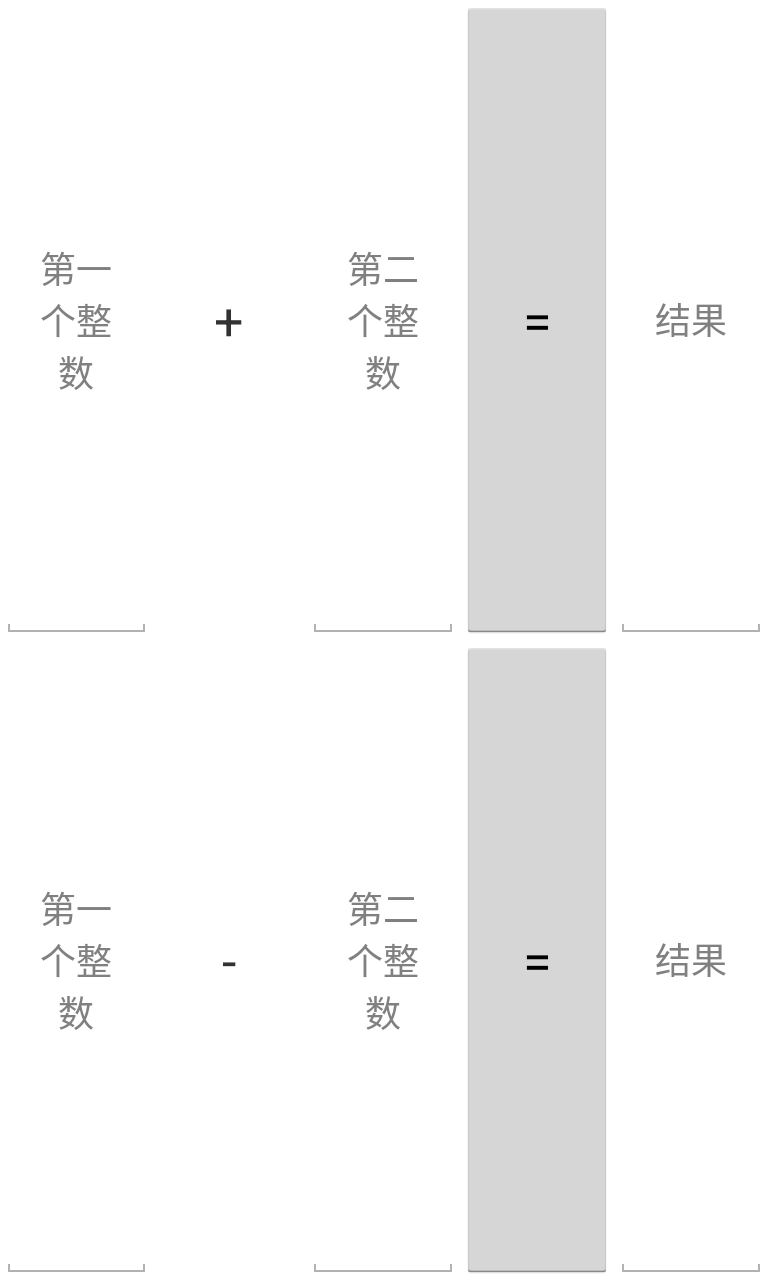
Repository: ouyangshengduo/Android_NDK_First
Layout: Android_NDK_Demo001/res/layout/activity_main.xml
An editor plug-in stored every save of this project. The layout is shown before and after a run of saves, followed by the edit.
It is drawn on a 768 x 1280 px phone screen (xhdpi) without system bars, with theme AppTheme; the app's code is not run.

Above is the layout before, as saved 2016-06-10 04:19:58.

### Android_NDK_Demo001/res/layout/activity_main.xml
<LinearLayout xmlns:android="http://schemas.android.com/apk/res/android"
    xmlns:tools="http://schemas.android.com/tools"
    android:layout_width="fill_parent"
    android:layout_height="fill_parent"
    android:orientation="vertical">

    <LinearLayout
        android:layout_height="0dp"
        android:layout_width="fill_parent"
        android:layout_weight="1"
        android:orientation="horizontal">

        <EditText
            android:id="@+id/etAdd_A"
            android:layout_width="0dp"
            android:layout_height="fill_parent"
            android:layout_weight="1"
            android:hint="第一个整数"
            android:gravity="center"
            />
        <TextView
            android:layout_height="fill_parent"
            android:layout_width="0dp"
            android:layout_weight="1"
            android:layout_gravity="center"
            android:gravity="center"
            android:text="+"
            android:textSize="26sp"/>

        <EditText
            android:id="@+id/etAdd_B"
            android:layout_width="0dp"
            android:layout_height="fill_parent"
            android:layout_weight="1"
            android:hint="第二个整数"
            android:gravity="center"
            />
        <Button
            android:id="@+id/btn_Add"
            android:layout_height="fill_parent"
            android:layout_width="0dp"
            android:layout_weight="1"
            android:gravity="center"
            android:text="="
            android:textSize="26sp"/>

        <EditText
            android:id="@+id/etAddResult"
            android:layout_width="0dp"
            android:layout_height="fill_parent"
            android:layout_weight="1"
            android:hint="结果"
            android:gravity="center"
            />
    </LinearLayout>

    <LinearLayout
        android:layout_height="0dp"
        android:layout_width="fill_parent"
        android:layout_weight="1"
        android:orientation="horizontal">

        <EditText
            android:id="@+id/etSub_A"
            android:layout_width="0dp"
            android:layout_height="fill_parent"
            android:layout_weight="1"
            android:hint="第一个整数"
            android:gravity="center"
            />
        <TextView
            android:layout_height="fill_parent"
            android:layout_width="0dp"
            android:layout_weight="1"
            android:layout_gravity="center"
            android:gravity="center"
            android:text="-"
            android:textSize="26sp"/>

        <EditText
            android:id="@+id/etSub_B"
            android:layout_width="0dp"
            android:layout_height="fill_parent"
            android:layout_weight="1"
            android:hint="第二个整数"
            android:gravity="center"
            />
        <Button
            android:id="@+id/btn_Sub"
            android:layout_height="fill_parent"
            android:layout_width="0dp"
            android:layout_weight="1"
            android:gravity="center"
            android:text="="
            android:textSize="26sp"/>

        <EditText
            android:id="@+id/etSubResult"
            android:layout_width="0dp"
            android:layout_height="fill_parent"
            android:layout_weight="1"
            android:hint="结果"
            android:gravity="center"
            />
    </LinearLayout>

</LinearLayout>

Loaded but not shown: Android_NDK_Demo001/res/values/styles.xml (common file); Android_NDK_Demo001/res/values-v11/styles.xml (common file); Android_NDK_Demo001/res/values-v14/styles.xml (common file)

After the next 2 saves:
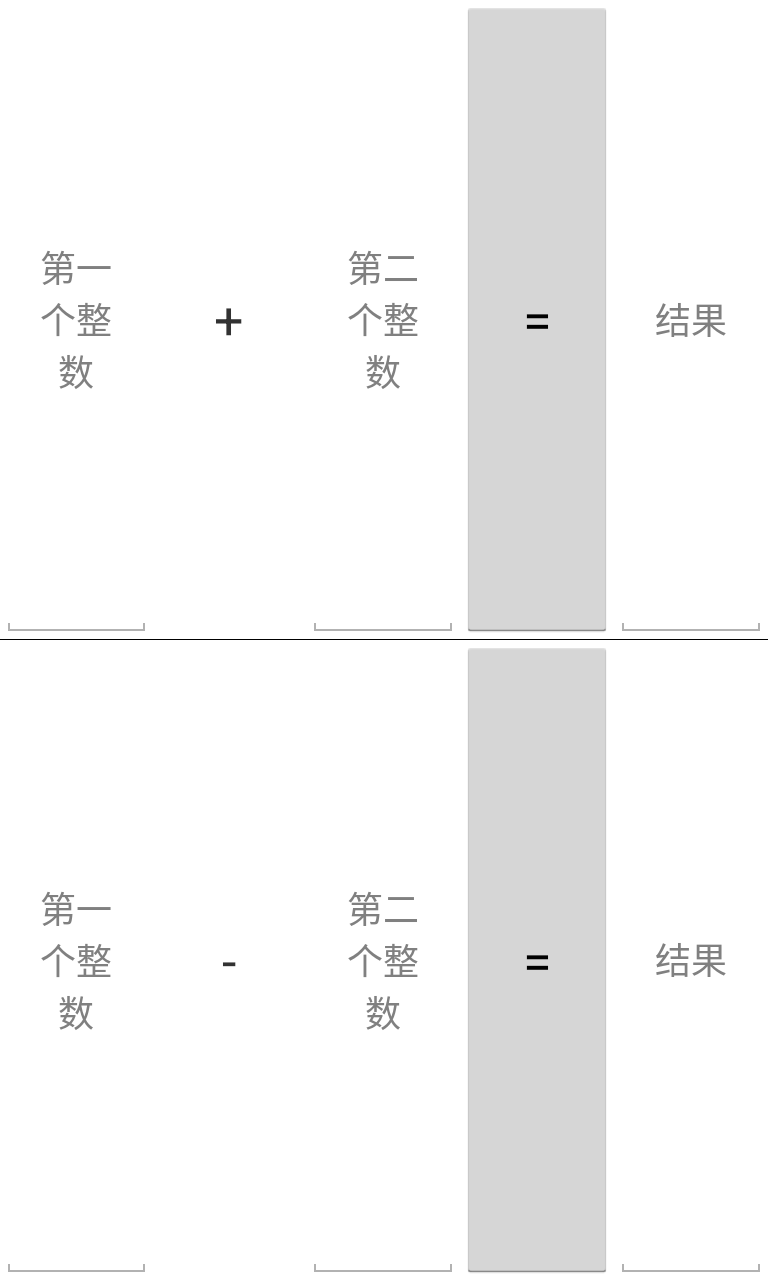
The 2 saves are shown as one change because 1 did not build or start.
The last was saved 2 min 39 s later.
--- a/Android_NDK_Demo001/res/layout/activity_main.xml
+++ b/Android_NDK_Demo001/res/layout/activity_main.xml
@@ -54,6 +54,10 @@
             />
     </LinearLayout>
 
+    <View
+        android:layout_width="match_parent"
+        android:layout_height="0.5dp"
+        android:background="@android:color/black" />
     <LinearLayout
         android:layout_height="0dp"
         android:layout_width="fill_parent"
